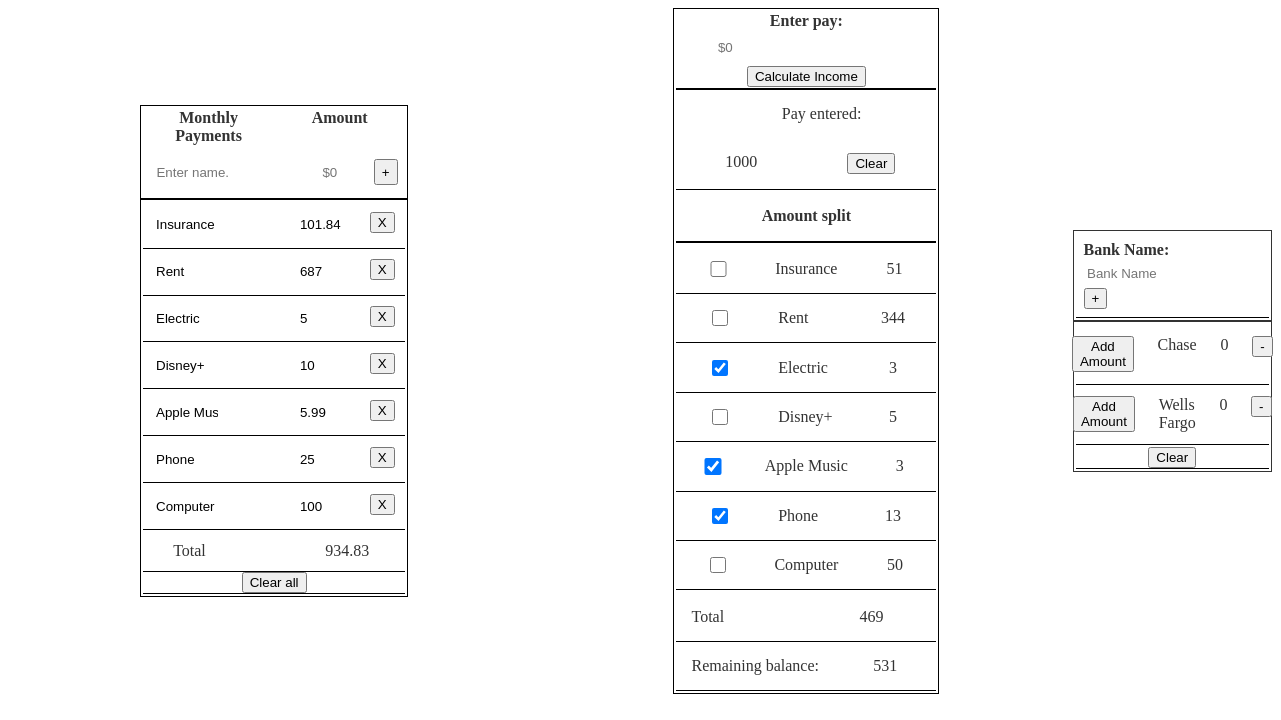
Repository: Kayla-amr/final-project-vue
Page: /
These files come from the project's save history. The page is drawn as it stood at one moment and after the next save; the edit follows.
The browser window is 1280 px wide. The page is 1281 px wide, then 1280 px, then 1281 px, so the pictures cover 1281 px, including what lies to the right of the window. The pictures show the whole page.
The project was rebuilt for these pictures with package versions that can differ from the ones it lists, and the page was loaded fresh each time. Also part of the build but not shown: vite.config.js.

Above is the page before, as saved 2023-04-12 13:52:59.

After the next save:
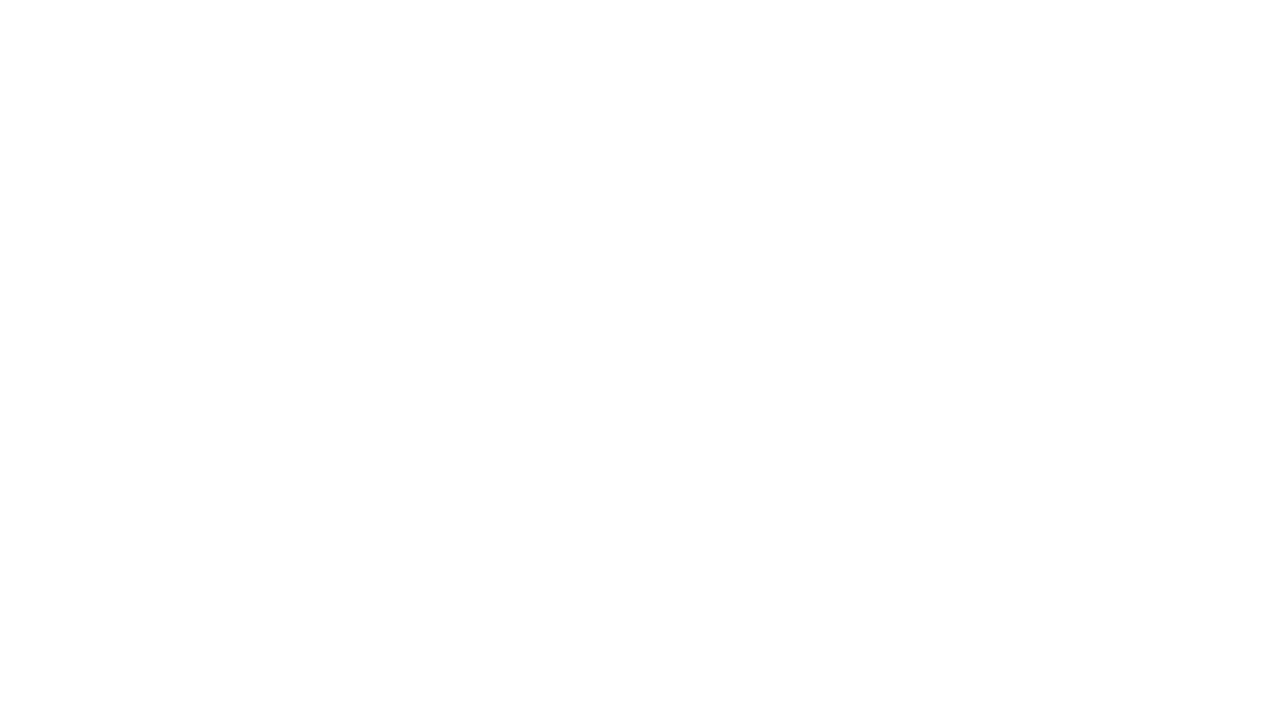
Console error: ReferenceError: remainingBal is not defined
Saved 11 s later.
--- a/src/components/SplitBudget.vue
+++ b/src/components/SplitBudget.vue
@@ -106,7 +106,8 @@
         },
         splitBudget(amount) {
             return Math.ceil(amount / 2)
-        }
+        },
+        remainingBal
     }
 }
 </script>

After the save that followed:
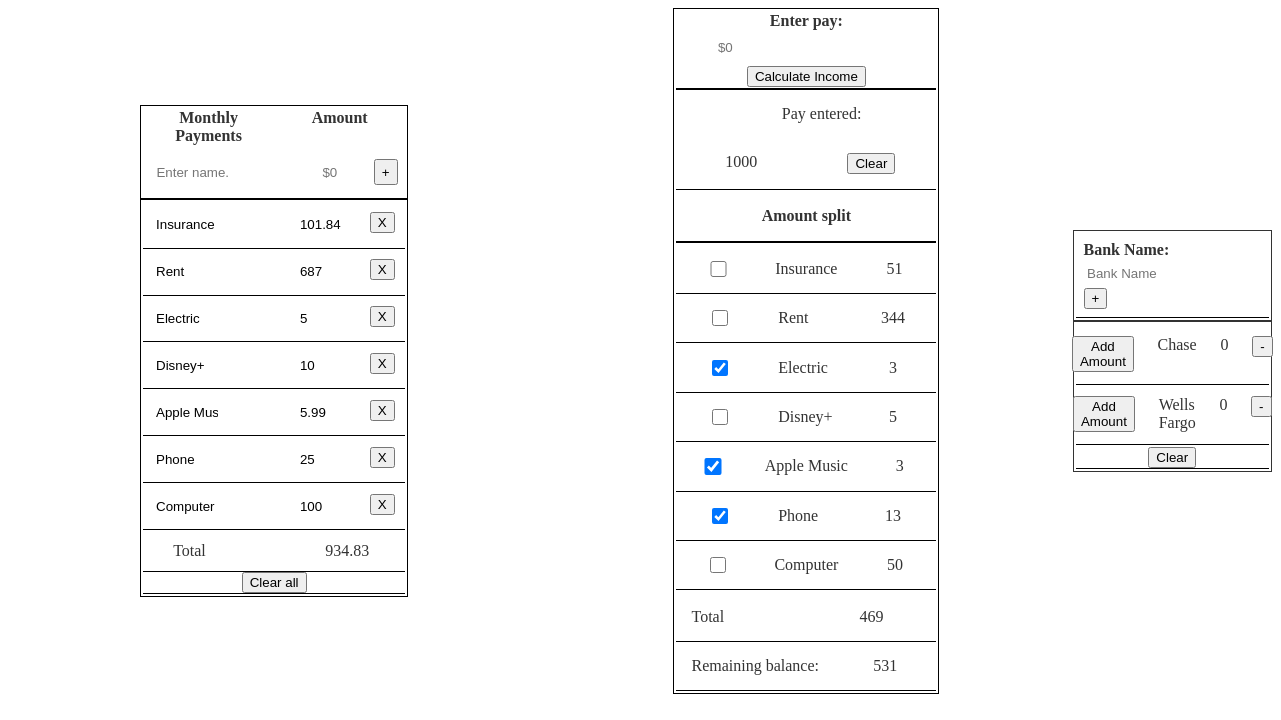
The error is gone.
Saved 4 s later.
--- a/src/components/SplitBudget.vue
+++ b/src/components/SplitBudget.vue
@@ -107,7 +107,11 @@
         splitBudget(amount) {
             return Math.ceil(amount / 2)
         },
-        remainingBal
+        remainingBalance() {
+            return this.incomes.reduce((total, income) => {
+                return total - income.amount
+            }, 0)
+        }
     }
 }
 </script>
